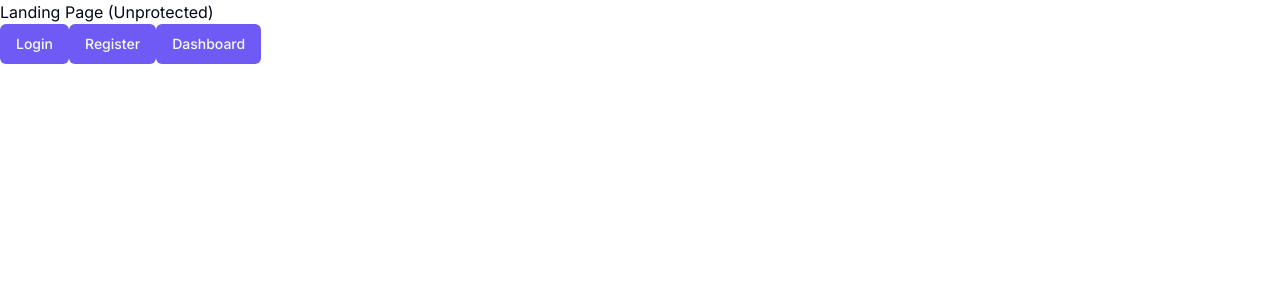
Repository: tathagat22/NeoSynth
Page: /
The author's editor kept a copy of each file at every save. The page is drawn from the files as they stood at one save, then again after a run of saves.
The browser window is 1280 px wide. The pictures show the whole page.
The project was rebuilt for these pictures with package versions that can differ from the ones it lists, and the page was loaded fresh each time. Some packages were replaced by stand-ins written for this rebuild. The framework's server and built-in components were replaced by stand-ins that run in the browser. Also part of the build but not shown: next.config.js.

Above is the page before, as saved 2023-09-03 19:12:08.

### app/layout.tsx
import "./globals.css";
import type { Metadata } from "next";
import { Inter } from "next/font/google";
import { ClerkProvider } from "@clerk/nextjs";

const inter = Inter({ subsets: ["latin"] });

export const metadata: Metadata = {
  title: "NeoSynth",
  description: "Neo is thinking for you behind the matrix",
};

export default function RootLayout({
  children,
}: {
  children: React.ReactNode;
}) {
  return (
    <ClerkProvider>
      <html lang="en">
        <body className={inter.className}>{children}</body>
      </html>
    </ClerkProvider>
  );
}

### app/(landing)/page.tsx
import { Button } from "@/components/ui/button";
import  Link  from "next/link";

const LandingPage = () => {
  return (
    <div>
      Landing Page (Unprotected)
      <div>
        <Link href="/sign-in">
          <Button>Login</Button>
        </Link>
        <Link href="/sign-up">
          <Button>Register</Button>
        </Link>
        <Link href="/dashboard">
          <Button>Dashboard</Button>
        </Link>
      </div>
    </div>
  );
};

export default LandingPage;

### app/globals.css
@tailwind base;
@tailwind components;
@tailwind utilities;

html, body, :root {
  height: 100%;
}
@layer base {
  :root {
    --background: 0 0% 100%;
    --foreground: 222.2 84% 4.9%;

    --card: 0 0% 100%;
    --card-foreground: 222.2 84% 4.9%;

    --popover: 0 0% 100%;
    --popover-foreground: 222.2 84% 4.9%;

    --primary: 248 90% 66%;
    --primary-foreground: 210 40% 98%;

    --secondary: 210 40% 96.1%;
    --secondary-foreground: 222.2 47.4% 11.2%;

    --muted: 210 40% 96.1%;
    --muted-foreground: 215.4 16.3% 46.9%;

    --accent: 210 40% 96.1%;
    --accent-foreground: 222.2 47.4% 11.2%;

    --destructive: 0 84.2% 60.2%;
    --destructive-foreground: 210 40% 98%;

    --border: 214.3 31.8% 91.4%;
    --input: 214.3 31.8% 91.4%;
    --ring: 222.2 84% 4.9%;

    --radius: 0.5rem;
  }

  .dark {
    --background: 222.2 84% 4.9%;
    --foreground: 210 40% 98%;

    --card: 222.2 84% 4.9%;
    --card-foreground: 210 40% 98%;

    --popover: 222.2 84% 4.9%;
    --popover-foreground: 210 40% 98%;

    --primary: 210 40% 98%;
    --primary-foreground: 222.2 47.4% 11.2%;

    --secondary: 217.2 32.6% 17.5%;
    --secondary-foreground: 210 40% 98%;

    --muted: 217.2 32.6% 17.5%;
    --muted-foreground: 215 20.2% 65.1%;

    --accent: 217.2 32.6% 17.5%;
    --accent-foreground: 210 40% 98%;

    --destructive: 0 62.8% 30.6%;
    --destructive-foreground: 210 40% 98%;

    --border: 217.2 32.6% 17.5%;
    --input: 217.2 32.6% 17.5%;
    --ring: 212.7 26.8% 83.9%;
  }
}

@layer base {
  * {
    @apply border-border;
  }
  body {
    @apply bg-background text-foreground;
  }
}

### components/ui/button.tsx
import * as React from "react"
import { Slot } from "@radix-ui/react-slot"
import { cva, type VariantProps } from "class-variance-authority"

import { cn } from "@/lib/utils"

const buttonVariants = cva(
  "inline-flex items-center justify-center rounded-md text-sm font-medium ring-offset-background transition-colors focus-visible:outline-none focus-visible:ring-2 focus-visible:ring-ring focus-visible:ring-offset-2 disabled:pointer-events-none disabled:opacity-50",
  {
    variants: {
      variant: {
        default: "bg-primary text-primary-foreground hover:bg-primary/90",
        destructive:
          "bg-destructive text-destructive-foreground hover:bg-destructive/90",
        outline:
          "border border-input bg-background hover:bg-accent hover:text-accent-foreground",
        secondary:
          "bg-secondary text-secondary-foreground hover:bg-secondary/80",
        ghost: "hover:bg-accent hover:text-accent-foreground",
        link: "text-primary underline-offset-4 hover:underline",
        premium: "bg-gradient-to-r from-indigo-500 via-purple-500 to-pink-500 text-white border-0"
      },
      size: {
        default: "h-10 px-4 py-2",
        sm: "h-9 rounded-md px-3",
        lg: "h-11 rounded-md px-8",
        icon: "h-10 w-10",
      },
    },
    defaultVariants: {
      variant: "default",
      size: "default",
    },
  }
)

export interface ButtonProps
  extends React.ButtonHTMLAttributes<HTMLButtonElement>,
    VariantProps<typeof buttonVariants> {
  asChild?: boolean
}

const Button = React.forwardRef<HTMLButtonElement, ButtonProps>(
  ({ className, variant, size, asChild = false, ...props }, ref) => {
    const Comp = asChild ? Slot : "button"
    return (
      <Comp
        className={cn(buttonVariants({ variant, size, className }))}
        ref={ref}
        {...props}
      />
    )
  }
)
Button.displayName = "Button"

export { Button, buttonVariants }

### components/model-provider.tsx
"use client";

import { useEffect, useState } from "react";
import { ProModal } from "./pro-modal";

export const ModalProvider = () => {
    const [isMounted, setIsMounted] = useState(false);
    useEffect(() => {
        setIsMounted(true);
    }, []);

    if(!isMounted) {
        return null;
    }

    return (
        <>
        <ProModal />
        </>
    );
}

### components/pro-modal.tsx
"use client";

export const ProModal = () => {
    return(
        <div>
            Pro Modal
        </div>
    );
}

Loaded but not shown: lib/utils.ts (common file); tailwind.config.js (common file)

After the next 2 saves:
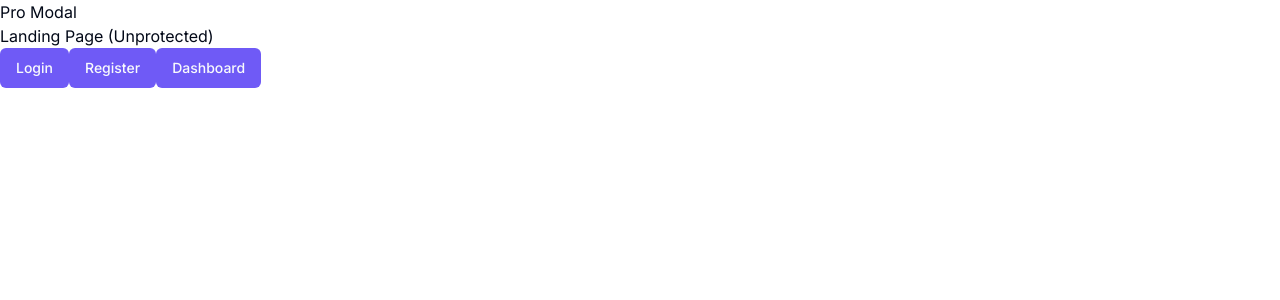
The 2 saves are shown as one change because they came seconds apart.
The last was saved 41 s later.
--- a/app/layout.tsx
+++ b/app/layout.tsx
@@ -2,6 +2,7 @@
 import type { Metadata } from "next";
 import { Inter } from "next/font/google";
 import { ClerkProvider } from "@clerk/nextjs";
+import { ModalProvider } from "@/components/model-provider";
 
 const inter = Inter({ subsets: ["latin"] });
 
@@ -18,7 +19,10 @@
   return (
     <ClerkProvider>
       <html lang="en">
-        <body className={inter.className}>{children}</body>
+        <body className={inter.className}>
+          <ModalProvider />
+          {children}
+        </body>
       </html>
     </ClerkProvider>
   );
